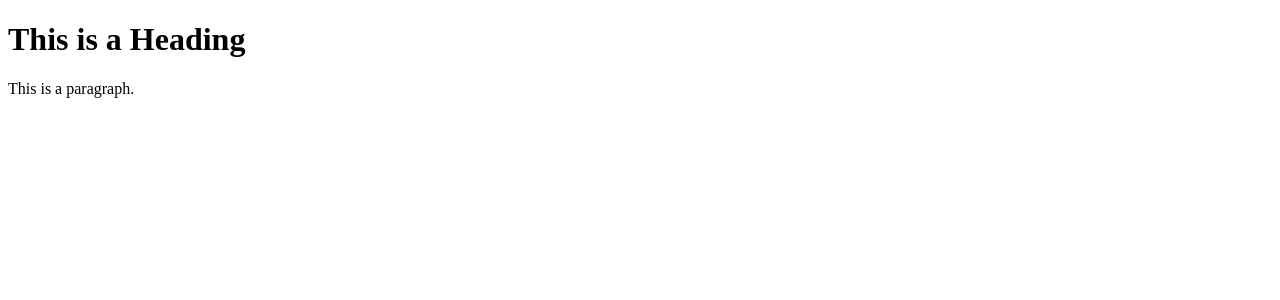
Repository: pflores002/pflores002.github.io
Page: project2.html
The author's editor kept a record of every edit. The page is drawn from the files as they stood at one moment, then again after the next edit.
The browser window is 1280 px wide. The pictures show the whole page.

Above is the page before.

After the next edit:
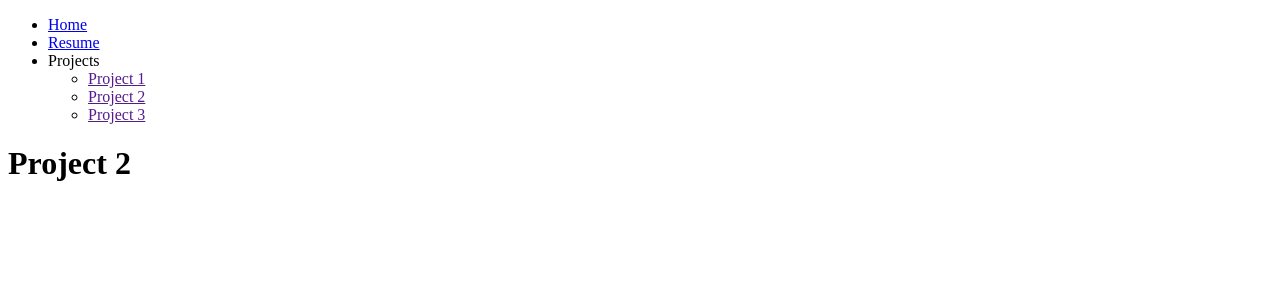
The edit:
--- a/project2.html
+++ b/project2.html
@@ -4,9 +4,20 @@
         <title>Project 2</title>
     </head>
     <body>
+        <ul class="navbar">
+            <li class="active"><a href="./">Home</a></li>
+            <li><a href="resume.html">Resume</a></li>
+            <li class="dropdown">
+                <div>Projects</div>
+                <ul class="dropdown-content">
+                    <li><a href="">Project 1</a></li>
+                    <li><a href="">Project 2</a></li>
+                    <li><a href="">Project 3</a></li>
+                </ul>
+            </li>
 
-        <h1>This is a Heading</h1>
-        <p>This is a paragraph.</p>
+        </ul>
+        <h1>Project 2</h1>
 
     </body>
 </html>
